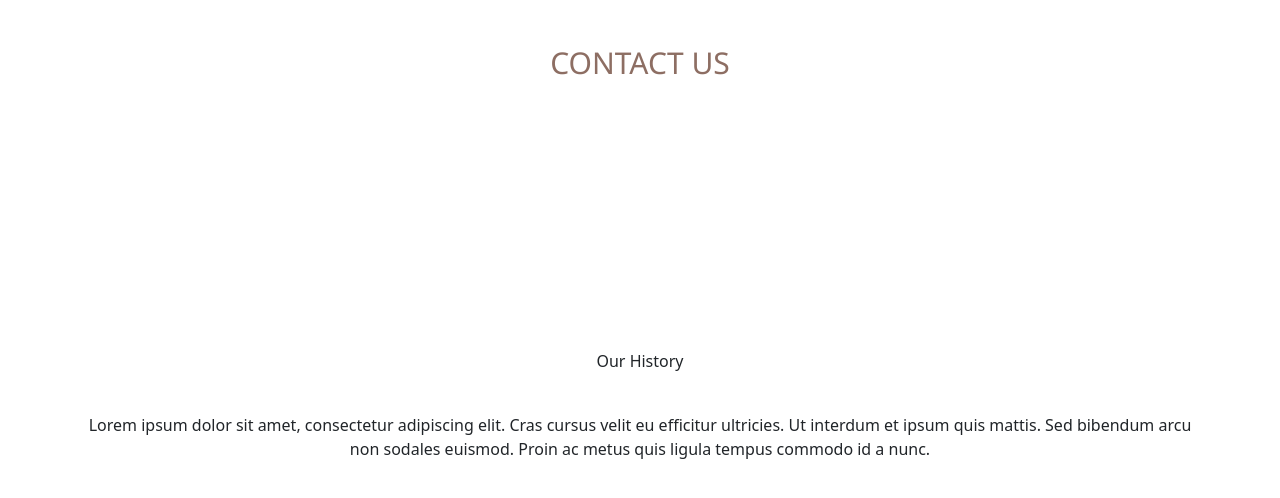
Repository: kaushalyaweerakoon/Plantation-Villa
Page: contact-us.html
These files come from the project's save history. The page is drawn as it stood at one moment and after a run of saves; the edit follows.
The browser window is 1280 px wide. The pictures show the whole page.
Some web fonts or font styles are not loaded; a fallback is used.

Above is the page before, as saved 2022-08-15 10:29:45.
Not found: assets/js/main.js

After the next 2 saves:
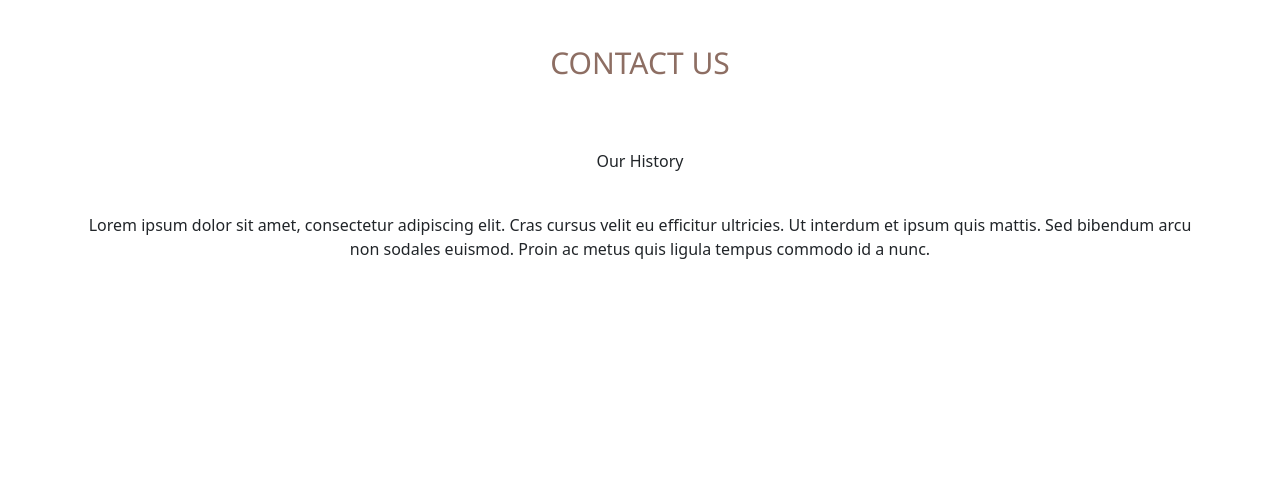
The 2 saves are shown as one change because they came seconds apart.
The last was saved 9 s later.
--- a/contact-us.html
+++ b/contact-us.html
@@ -31,7 +31,7 @@
     <section class="container mt-md-4 mt-3 mb-5 pb-4">
         <p class="title pt-3">CONTACT US</p>
 
-        <div class="text-center" id="ourhistory" style="padding-top: 200px; ">
+        <div class="text-center" id="ourhistory" >
             <p class=" pb-4">Our History </p>
             <p class="">
                 Lorem ipsum dolor sit amet, consectetur adipiscing elit. Cras cursus velit eu efficitur ultricies. Ut
